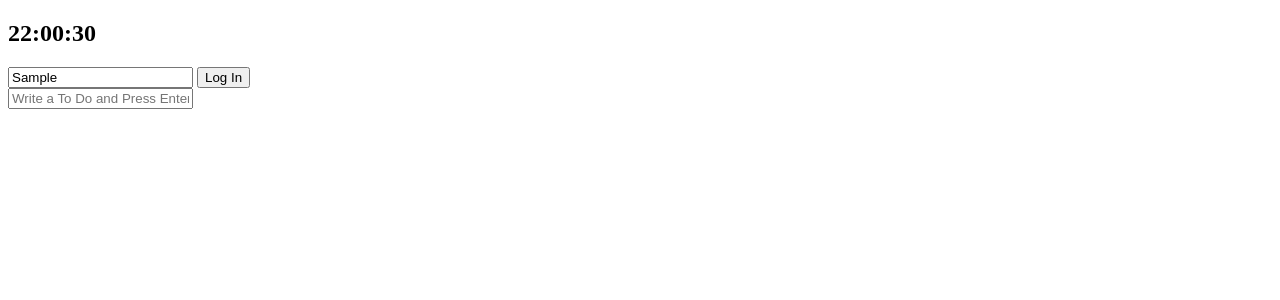
Repository: yoonanimous/ChromeApp
Page: index.html
These files come from the project's save history. The page is drawn as it stood at one moment and after the next save; the edit follows.
The browser window is 1280 px wide. The pictures show the whole page.
Empty fields were first filled with sample values (such as "Sample", 5 or name@example.com).
After loading, the first visible `#todo-form` was submitted once.

Above is the page before, as saved 2022-12-04 09:42:09.

### index.html
<!DOCTYPE html>
<html lang="en">
	<head>
		<meta charset="UTF-8" />
		<meta http-equiv="X-UA-Compatible" content="IE=edge" />
		<meta name="viewport" content="width=device-width, initial-scale=1.0" />
		<title>ChromeApp</title>
		<link rel="stylesheet" href="style.css" />
		<script defer src="js/clock.js"></script>
		<script defer src="js/greetings.js"></script>
		<script defer src="js/todo.js"></script>
	</head>
	<body>
		<div>
			<h2 id="clock"></h2>
		</div>
		<form class="hidden" id="login-form">
			<input
				type="text"
				required
				maxlength="15"
				placeholder="What is your name?"
			/>
			<input type="submit" value="Log In" />
		</form>
		<h1 class="hidden" id="greeting"></h1>
		<form id="todo-form">
			<input type="text" placeholder="Write a To Do and Press Enter" required />
		</form>
		<ul id="todo-list"></ul>
	</body>
</html>

### js/clock.js
const clock = document.querySelector("#clock");

function getClock() {
	const date = new Date();
	const hours = String(date.getHours()).padStart(2, "0");
	const minutes = String(date.getMinutes()).padStart(2, "0");
	const seconds = String(date.getSeconds()).padStart(2, "0");
	clock.innerText = `${hours}:${minutes}:${seconds}`;
}

getClock();
setInterval(getClock, 1000);

### js/greetings.js
const greeting = document.querySelector("#greeting");
const loginForm = document.querySelector("#login-form");
const loginInput = document.querySelector("#login-form input");

const HIDDEN_CLASSNAME = "hidden";
const USERNAME_KEY = "username";

function onLoginSubmit(event) {
	event.preventDefault();
	loginForm.classList.add(HIDDEN_CLASSNAME);
	const typedUsername = loginInput.value;
	localStorage.setItem(USERNAME_KEY, typedUsername);
	paintGreetings(typedUsername);
}

function paintGreetings(username) {
	greeting.innerText = `Hello ${username}`;
	greeting.classList.remove(HIDDEN_CLASSNAME);
}

const savedUsername = localStorage.getItem(USERNAME_KEY);

if (savedUsername === null) {
	loginForm.classList.remove(HIDDEN_CLASSNAME);
	loginForm.addEventListener("submit", onLoginSubmit);
} else {
	paintGreetings(savedUsername);
}

### js/todo.js
const toDoForm = document.getElementById("todo-form");
const toDoInput = document.querySelector("#todo-form input");
const toDoList = document.getElementById("todo-list");

function paintToDo(newToDo) {
	const li = document.createElement("li");
	const span = document.createElement("span");
	li.appendChild(span);
	span.innerText = newToDo;
}

function handleToDoSubmit(event) {
	event.preventDefault();
	const newToDo = toDoInput.value;
	toDoInput.value = "";
	paintToDo(newToDo);
}

toDoForm.addEventListener("submit", handleToDoSubmit);

Loaded but not shown: style.css (common file)

After the next save:
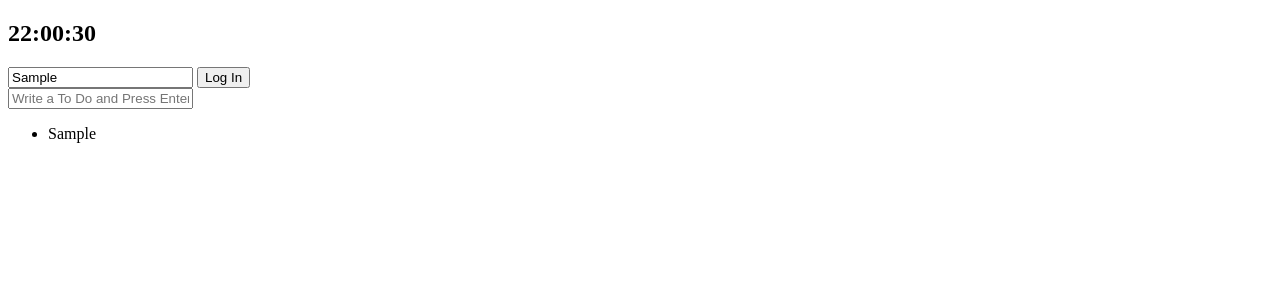
Saved 45 s later.
--- a/js/todo.js
+++ b/js/todo.js
@@ -7,6 +7,7 @@ function paintToDo(newToDo) {
 	const span = document.createElement("span");
 	li.appendChild(span);
 	span.innerText = newToDo;
+	toDoList.appendChild(li);
 }
 
 function handleToDoSubmit(event) {
